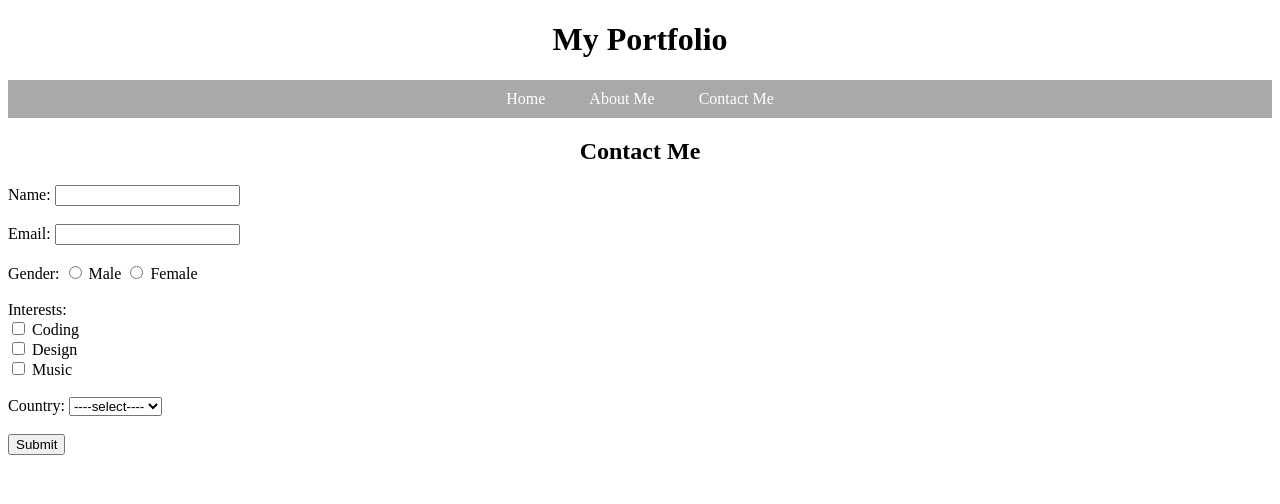
Repository: harshitanthal1/my_portfolio
Page: contactme.html
The author's editor kept a copy of each file at every save. The page is drawn from the files as they stood at one save, then again after the next save.
The browser window is 1280 px wide. The pictures show the whole page.

Above is the page before, as saved 2024-02-04 11:16:28.

### contactme.html
<!DOCTYPE html>
<html lang="en">
<head>
    <meta charset="UTF-8">
    <meta name="viewport" content="width=device-width, initial-scale=1.0">
    <title>My Portfolio</title>
    <link rel="stylesheet" href="styles/styles.css" />
</head>
<body>
    <header><h1>My Portfolio</h1></header>
    <nav>
        <li><a href="index.html" >Home</a></li>
        <li><a href="aboutme.html" >About Me</a></li>
        <li><a href="contactme.html" >Contact Me</a></li>
    </nav>

    <h2>Contact Me</h2>
  <form>
    <label for="name">Name:</label>
    <input type="text" id="name" name="name" required>
    <br />
    <br />

    <label for="email">Email:</label>
    <input type="email" id="email" name="email" required>
    <br />
    <br />

    <label>Gender:</label>
    <label><input type="radio" name="gender" value="male"> Male</label>
    <label><input type="radio" name="gender" value="female"> Female</label>
    <br />
    <br />

    <label for="interests">Interests:</label><br />
    <label><input type="checkbox" name="interests" value="coding"> Coding</label><br />
    <label><input type="checkbox" name="interests" value="design"> Design</label><br />
    <label><input type="checkbox" name="interests" value="music"> Music</label><br />
    <br />

    <label for="country">Country:</label>
    <select id="country" name="country">
      <option value="select">----select----</option>
      <option value="usa">USA</option>
      <option value="canada">Canada</option>
      <option value="uk">UK</option>
    </select>
    <br />
    <br />

    <input type="submit" value="Submit">
  </form>
</body>
</html>

### styles/styles.css
header {
    text-align: center;
}

nav {
    background-color: darkgrey;
    color: white;
    padding: 10px;
    text-align: center;
}

li {
    display: inline;
    margin-right: 20px;
    margin-left: 20px;
}

a {
    text-decoration: none;
    color: white;
}

main {
    display: flex;
    flex-direction: row;
}

#profile {
    width: 29%;
    margin-right: 1%;;
    padding: 10px;
    width: 350px;
    border-right: 2px solid black;
}

#info {
    display: flex;
    width: 70%;
    justify-content: space-around;
}

.sub-box {
    width: 30%;
    border: 1.5px solid black;
    border-radius: 25px;
    padding: 10px;
}

h3 {
    text-align: center;
    border-bottom: 1.5px solid black;

}

#profile-summery {
    text-align: justify;
}

#home-intro {
    font-size: 44px;
    margin-left: 3%;
    margin-top: 3%;
    border-left: 2px solid black;
    padding-left: 20px;
}

img {
    border-radius: 50%;
}

h2 {
    text-align: center;
}

After the next save:
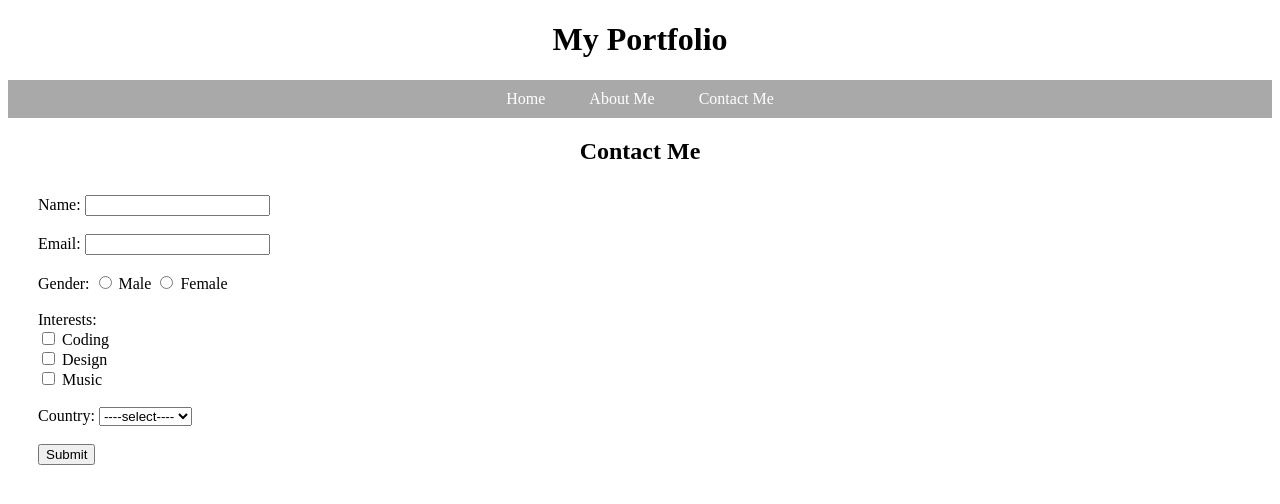
Saved 55 s later.
--- a/styles/styles.css
+++ b/styles/styles.css
@@ -71,3 +71,7 @@ img {
 h2 {
     text-align: center;
 }
+
+form {
+    margin: 30px;
+}
